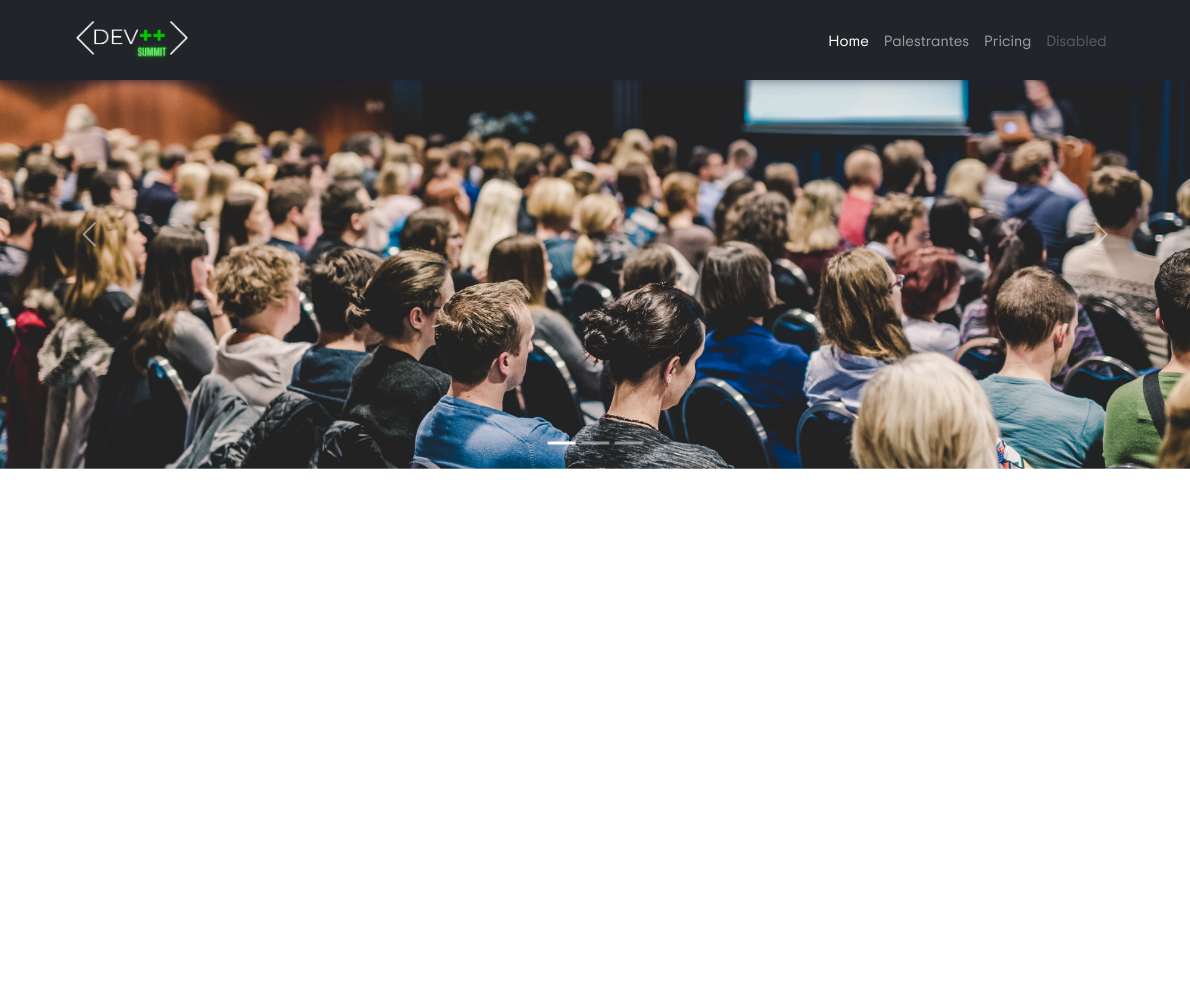
Repository: GScholl/ProjetoWeb_
Page: index.html
An editor plug-in stored every save of this project. The page is shown before and after the next save, followed by the edit.
The browser window is 1280 px wide. The pictures show the whole page, at 93% of full size.

Above is the page before, as saved 2023-08-23 10:06:04.

### index.html
<!DOCTYPE html>
<html lang="pt-BR">

<head>
  <meta charset="UTF-8">
  <meta name="viewport" content="width=device-width, initial-scale=1.0">
  <title>Dev+</title>
  <link rel="stylesheet" href="/Bootstrap/css/bootstrap.min.css">
  <link rel="stylesheet" href="/css/style.css">
</head>

<body>
  <nav class="navbar navbar-expand-lg fixed-top navbar-dark bg-dark t">
    <div class="container d-flex  flex-row  justify-content-between">


      <a class="navbar-brand" href="#"><img src="/img/DEV+.png" alt="logotipo da conferência" class="logo"></a>
      <button class="navbar-toggler" type="button" data-bs-toggle="collapse" data-bs-target="#navbarNav"
        aria-controls="navbarNav" aria-expanded="false" aria-label="Toggle navigation">
        <span class="navbar-toggler-icon"></span>
      </button>

      <div class="collapse navbar-collapse justify-content-end " id="navbarNav">
        <ul class="navbar-nav">
          <li class="nav-item">
            <a class="nav-link active" aria-current="page" href="#">Home</a>
          </li>
          <li class="nav-item">
            <a class="nav-link" href="#">Palestrantes</a>
          </li>
          <li class="nav-item">
            <a class="nav-link" href="#">Pricing</a>
          </li>
          <li class="nav-item">
            <a class="nav-link disabled">Disabled</a>
          </li>
        </ul>
      </div>

    </div>
  </nav>
  <div id="carouselExampleCaptions" class="carousel slide" data-bs-ride="false">
    <div class="carousel-indicators">
      <button type="button" data-bs-target="#carouselExampleCaptions" data-bs-slide-to="0" class="active"
        aria-current="true" aria-label="Slide 1"></button>
      <button type="button" data-bs-target="#carouselExampleCaptions" data-bs-slide-to="1"
        aria-label="Slide 2"></button>
      <button type="button" data-bs-target="#carouselExampleCaptions" data-bs-slide-to="2"
        aria-label="Slide 3"></button>
    </div>

    <div class="carousel-inner">
      <div class="carousel-item active  item-1">

        <div class="text-white  w-h-100 d-none d-md-flex">
          <h5>First slide label</h5>
          <p>Some representative placeholder content for the first slide.</p>
        </div>
      </div>
      <div class="carousel-item item-2 ">

        <div class="text-white w-h-100 d-none d-md-flex">
          <h5>Second slide label</h5>
          <p>Some representative placeholder content for the second slide.</p>
        </div>
      </div>
      <div class="carousel-item  item-3">

        <div
          class="text-white w-h-100 z-3 d-none text-center d-md-flex align-content-center flex-column justify-content-center">
          <div class="container">
            <h4>Participe de nossa Conferência!</h4>
            <p>A melhor Conferência de Devs da América Latina</p>
            <button class="btn btn-outline-light">Inscrever-se</button>
          </div>
        </div>
      </div>
    </div>
    <button class="carousel-control-prev" type="button" data-bs-target="#carouselExampleCaptions" data-bs-slide="prev">
      <span class="carousel-control-prev-icon" aria-hidden="true"></span>
      <span class="visually-hidden">Previous</span>
    </button>
    <button class="carousel-control-next" type="button" data-bs-target="#carouselExampleCaptions" data-bs-slide="next">
      <span class="carousel-control-next-icon" aria-hidden="true"></span>
      <span class="visually-hidden">Next</span>
    </button>
  </div>
  <script src="/Bootstrap/js/bootstrap.bundle.min.js"></script>
</body>

</html>

### css/style.css
@font-face {
  font-family: "Trip-sans";
  src: url(/font/TripSans-Regular.ttf);
}
* {
  font-family: "Trip-sans", sans-serif;
  transition: 0.2s all;
}
body{
  height: 150vh;;
}
nav{
  box-shadow: rgba(50, 50, 93, 0.25) 0px 6px 12px -2px, rgba(0, 0, 0, 0.3) 0px 3px 7px -3px;
}
.logo {
  height: 60px;
}
.item-1 {
  background-image: url(/img/1.png);
  height: 70vh;
  background-position: center;
  background-size: cover;
 background-repeat: no-repeat;
 width: 100%;
}
.item-2 {
  background-image: url(/img/2.png);
  height: 70vh;
  background-position: center;
  background-size: cover;
  background-repeat: no-repeat;
   width: 100%;

}
.item-3 {
  background-image: url(/img/3.png);
  height: 70vh;
  background-position: center;
  background-size: cover;
  background-repeat: no-repeat;
   width: 100%;
}
.w-h-100{

  width: 100%;
  height: 100%;;
}

Loaded but not shown: Bootstrap/css/bootstrap.min.css (library); Bootstrap/js/bootstrap.bundle.min.js (library)

After the next save:
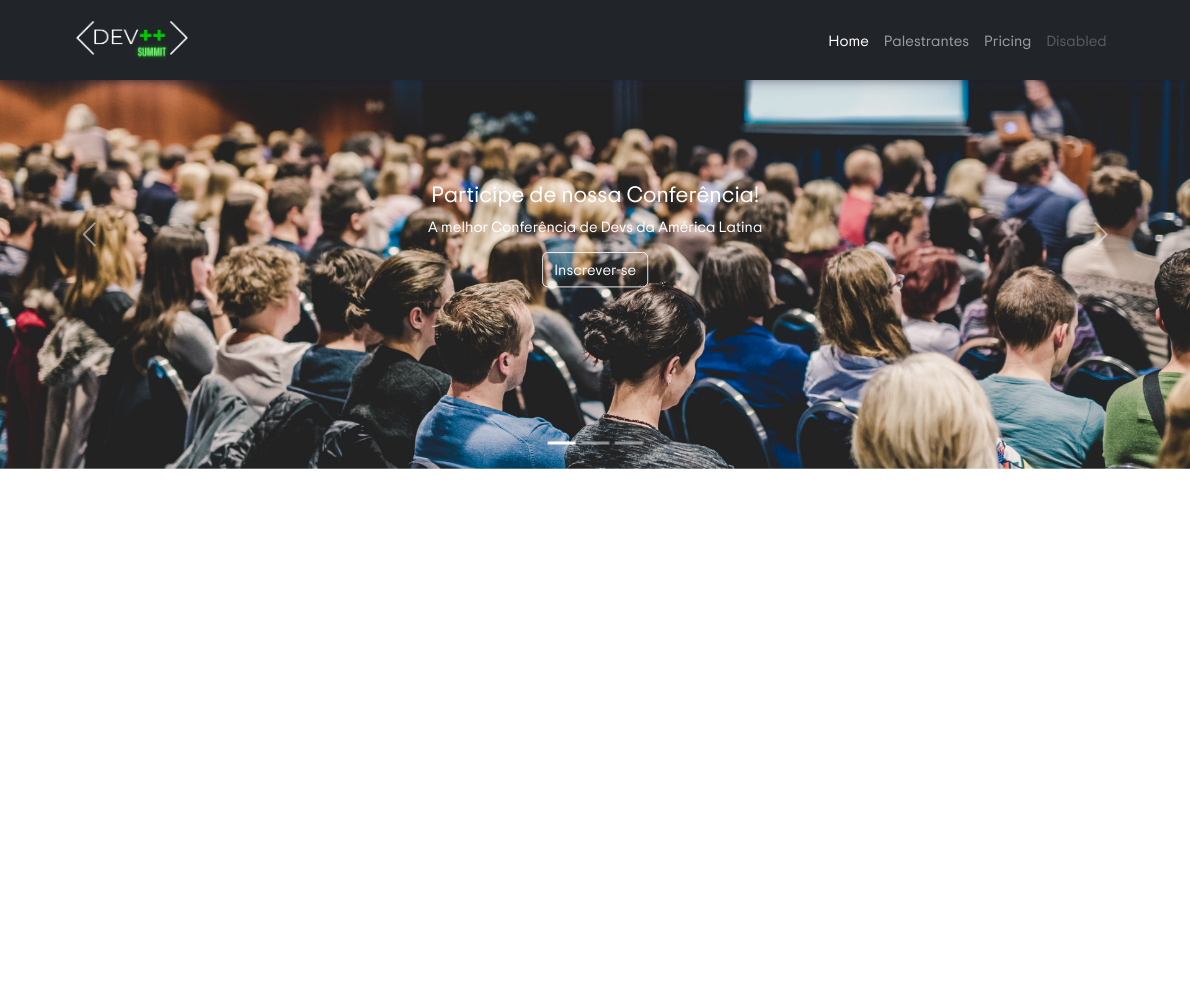
Saved 19 s later.
--- a/index.html
+++ b/index.html
@@ -52,10 +52,14 @@
     <div class="carousel-inner">
       <div class="carousel-item active  item-1">
 
-        <div class="text-white  w-h-100 d-none d-md-flex">
-          <h5>First slide label</h5>
-          <p>Some representative placeholder content for the first slide.</p>
+      <div
+        class="text-white w-h-100 z-3 d-none text-center d-md-flex align-content-center flex-column justify-content-center">
+        <div class="container">
+          <h4>Participe de nossa Conferência!</h4>
+          <p>A melhor Conferência de Devs da América Latina</p>
+          <button class="btn btn-outline-light">Inscrever-se</button>
         </div>
+      </div>
       </div>
       <div class="carousel-item item-2 ">
 
